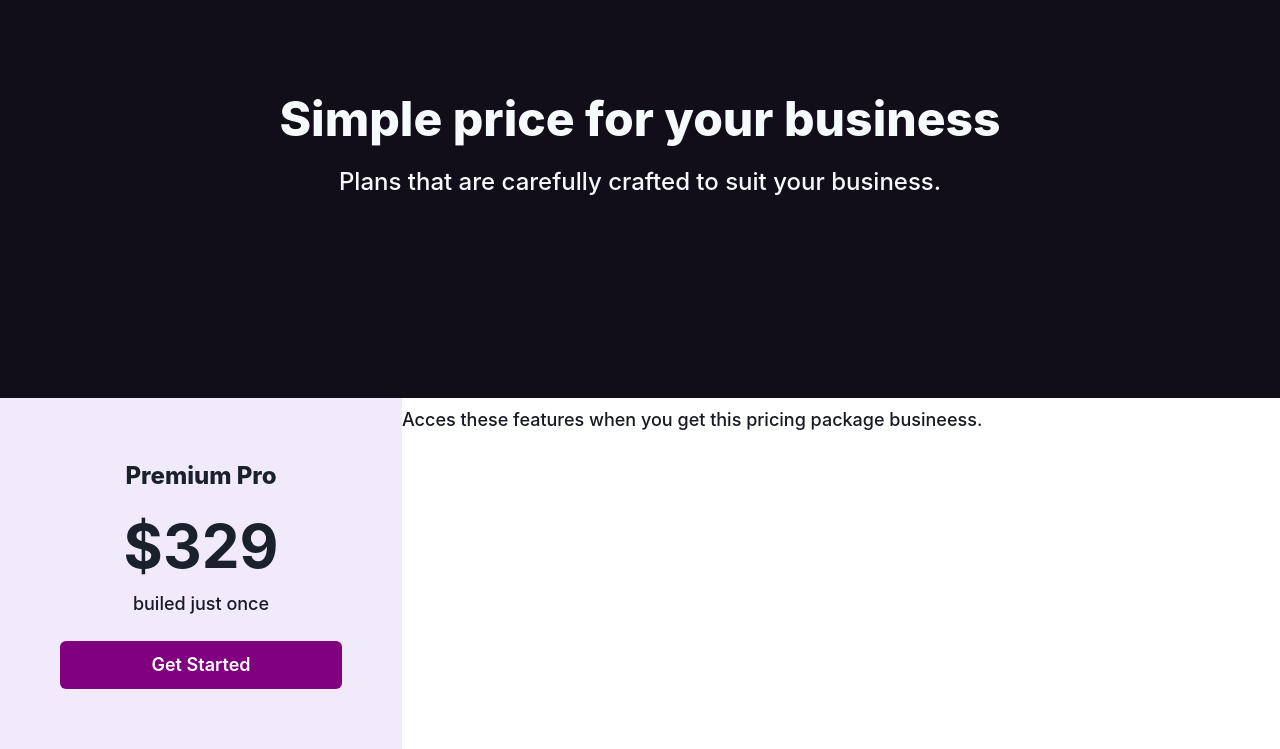
Repository: noutijo/learn-in-depth-chakra-ui
Page: /
These files come from the project's save history. The page is drawn as it stood at one moment and after a run of saves; the edit follows.
The browser window is 1280 px wide. The pictures show the whole page.
The project was rebuilt for these pictures with package versions that can differ from the ones it lists, and the page was loaded fresh each time. Also part of the build but not shown: vite.config.ts.

Above is the page before, as saved 2023-01-30 16:03:10.

### src/main.tsx
import React from 'react'
import ReactDOM from 'react-dom/client'
import App from './App'
import { ChakraProvider } from "@chakra-ui/react"

ReactDOM.createRoot(document.getElementById('root') as HTMLElement).render(
  <ChakraProvider>
  <React.StrictMode>
    <App />
  </React.StrictMode>
  </ChakraProvider>,
)

### src/App.tsx
//import './App.css'
import "./App.css";
import { Box, Flex, Stack, VStack, HStack } from "@chakra-ui/react";
import { Header  } from "./components/Header";
import { Pricing } from "./components/Pricing";

export default function App() {
  return (
    <div className="App">
      <Box>
        <Header />
        <Pricing />
      </Box>
    </div>
  );
}

### src/App.css
#root {
  max-width: 1280px;
  margin: 0 auto;
  text-align: center;
}

.logo {
  height: 6em;
  padding: 1.5em;
  will-change: filter;
}
.logo:hover {
  filter: drop-shadow(0 0 2em #646cffaa);
}
.logo.react:hover {
  filter: drop-shadow(0 0 2em #61dafbaa);
}

@keyframes logo-spin {
  from {
    transform: rotate(0deg);
  }
  to {
    transform: rotate(360deg);
  }
}

@media (prefers-reduced-motion: no-preference) {
  a:nth-of-type(2) .logo {
    animation: logo-spin infinite 20s linear;
  }
}

.card {
  padding: 2em;
}

.read-the-docs {
  color: #888;
}

### src/components/Header.tsx
//import './App.css'
import { Box, Heading, Text, Flex } from "@chakra-ui/react";

export function Header() {
  return (
    <Box
      as="section"
      color="#F7FAFC"
      bg="#120E19"
      pt="90px"
      pb="198px"
      px="32px">
      <Heading fontWeight={800} fontSize={"48px"}>
        Simple price for your business
      </Heading>
      <Text fontWeight={500} fontSize={"24px"} mt="16px">
        Plans that are carefully crafted to suit your business.
      </Text>
    </Box>
  );
}

### src/components/Pricing.tsx
//import './App.css'
import { Box, Heading, Text, Flex, Button, HStack, Icon } from "@chakra-ui/react"
import { BsCheckCircleFill } from "react-icons/bs"

export const ListItem = (props:any)=>{
    const {children, ...rest } = props
    return (
      <HStack as="li" spacing="20px" {...rest}>
        <Icon as={BsCheckCircleFill}  w="22px" h="22px"/>
        <Text>{children}</Text>
      </HStack>
    );
}

export function Pricing() {
  return (
    <Box>
      <Flex>
        <Box bg="#f0eafb" p="60px">
          <Text fontSize="24px" fontWeight="800">
            Premium Pro
          </Text>
          <Heading as="h3" fontSize="60px" mt="16px">
            $329
          </Heading>
          <Text fontSize="18px" fontWeight="500" color="#171923" mt="8px">
            builed just once
          </Text>
          <Button
            bg="purple"
            color="white"
            size={"lg"}
            w="282px"
            mt="24px"
            _hover={{ backgrounColor: "purple", color: "#F7FAFC" }}>
            Get Started
          </Button>
        </Box>

        <Box>
            <Text fontSize="18px" fontWeight="500" color="#171923" mt="8px">
            Acces these features when you get this pricing package busineess.
          </Text>

        </Box>
      </Flex>
    </Box>
  )
}

Loaded but not shown: index.html (common file)

After the next 2 saves:
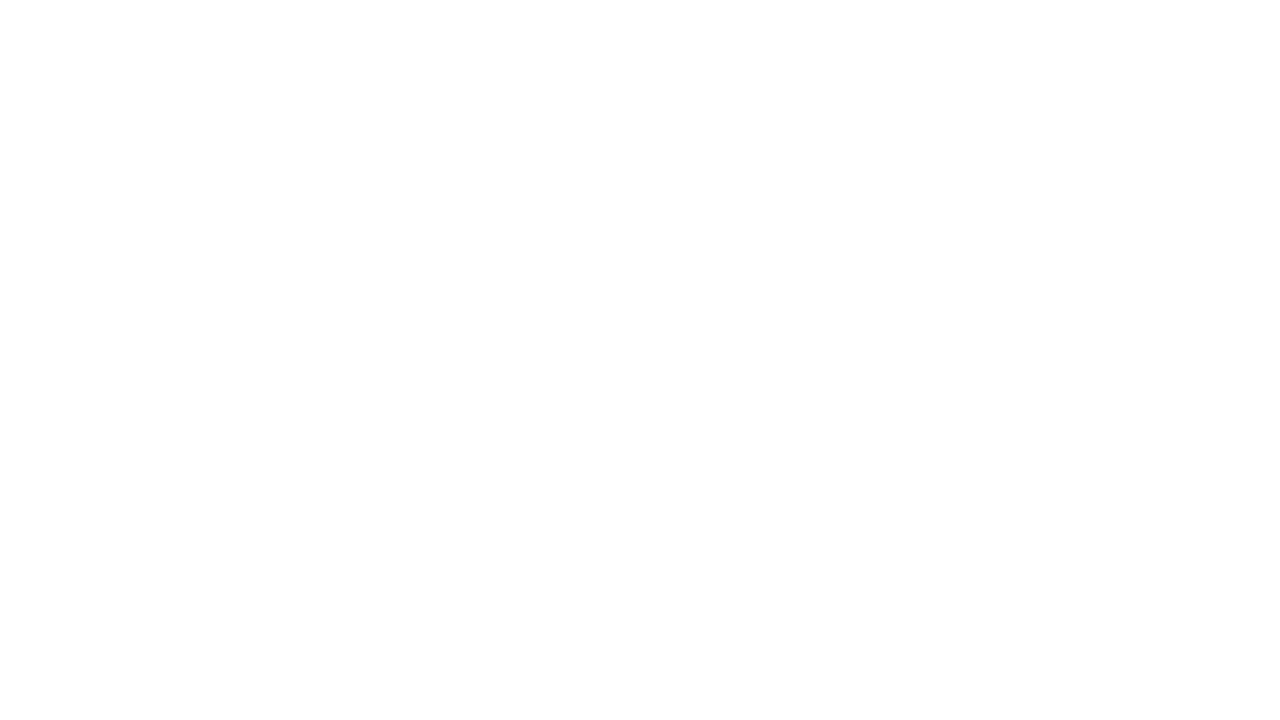
Console error: ReferenceError: Stack is not defined
The 2 saves are shown as one change because 1 did not build or start.
The last was saved 14 s later.
--- a/src/components/Pricing.tsx
+++ b/src/components/Pricing.tsx
@@ -41,7 +41,8 @@
             <Text fontSize="18px" fontWeight="500" color="#171923" mt="8px">
             Acces these features when you get this pricing package busineess.
           </Text>
-
+          <Stack>
+          </Stack>
         </Box>
       </Flex>
     </Box>

After the 6 saves that followed:
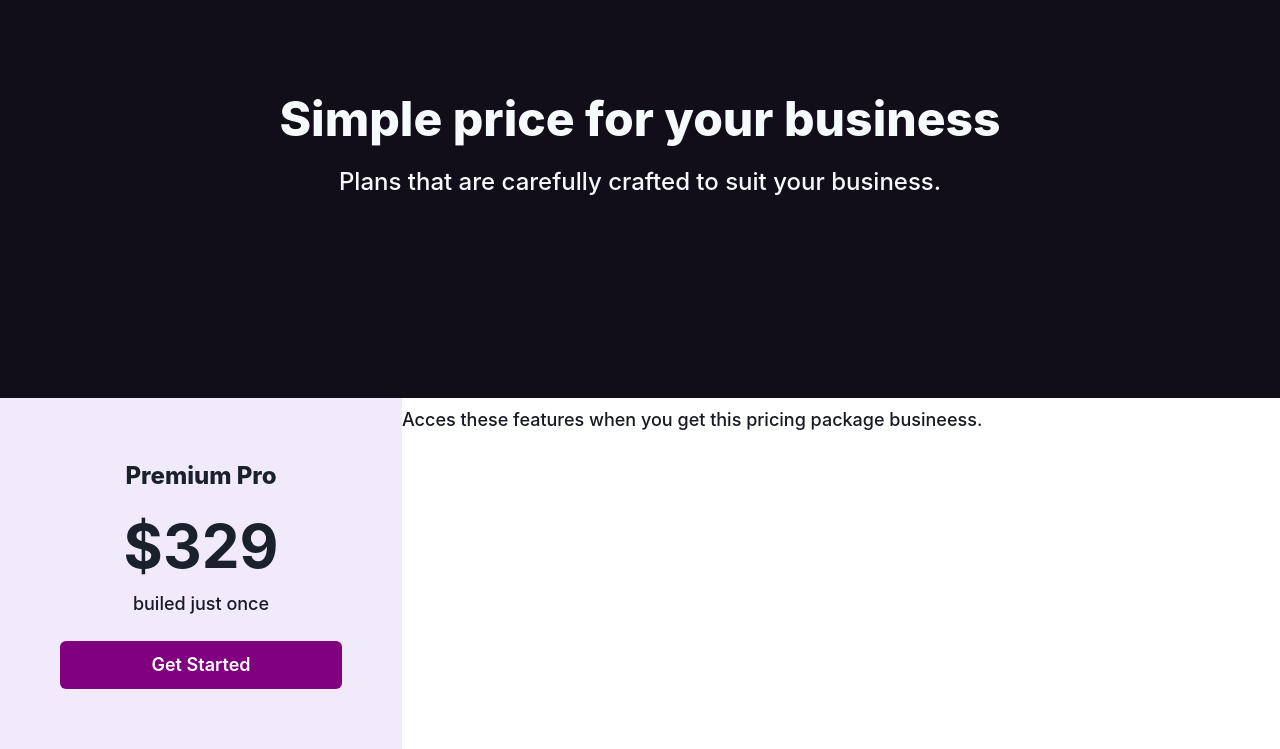
The error is gone.
The 6 saves are shown as one change because 1 did not build or start and 2 left the picture as it was and some came seconds apart.
The last was saved 56 s later.
--- a/src/components/Pricing.tsx
+++ b/src/components/Pricing.tsx
@@ -1,5 +1,5 @@
 //import './App.css'
-import { Box, Heading, Text, Flex, Button, HStack, Icon } from "@chakra-ui/react"
+import { Box, Heading, Text, Flex, Button, HStack,Stack, Icon } from "@chakra-ui/react"
 import { BsCheckCircleFill } from "react-icons/bs"
 
 export const ListItem = (props:any)=>{
@@ -41,7 +41,8 @@
             <Text fontSize="18px" fontWeight="500" color="#171923" mt="8px">
             Acces these features when you get this pricing package busineess.
           </Text>
-          <Stack>
+          <Stack as="ul">
+
           </Stack>
         </Box>
       </Flex>
